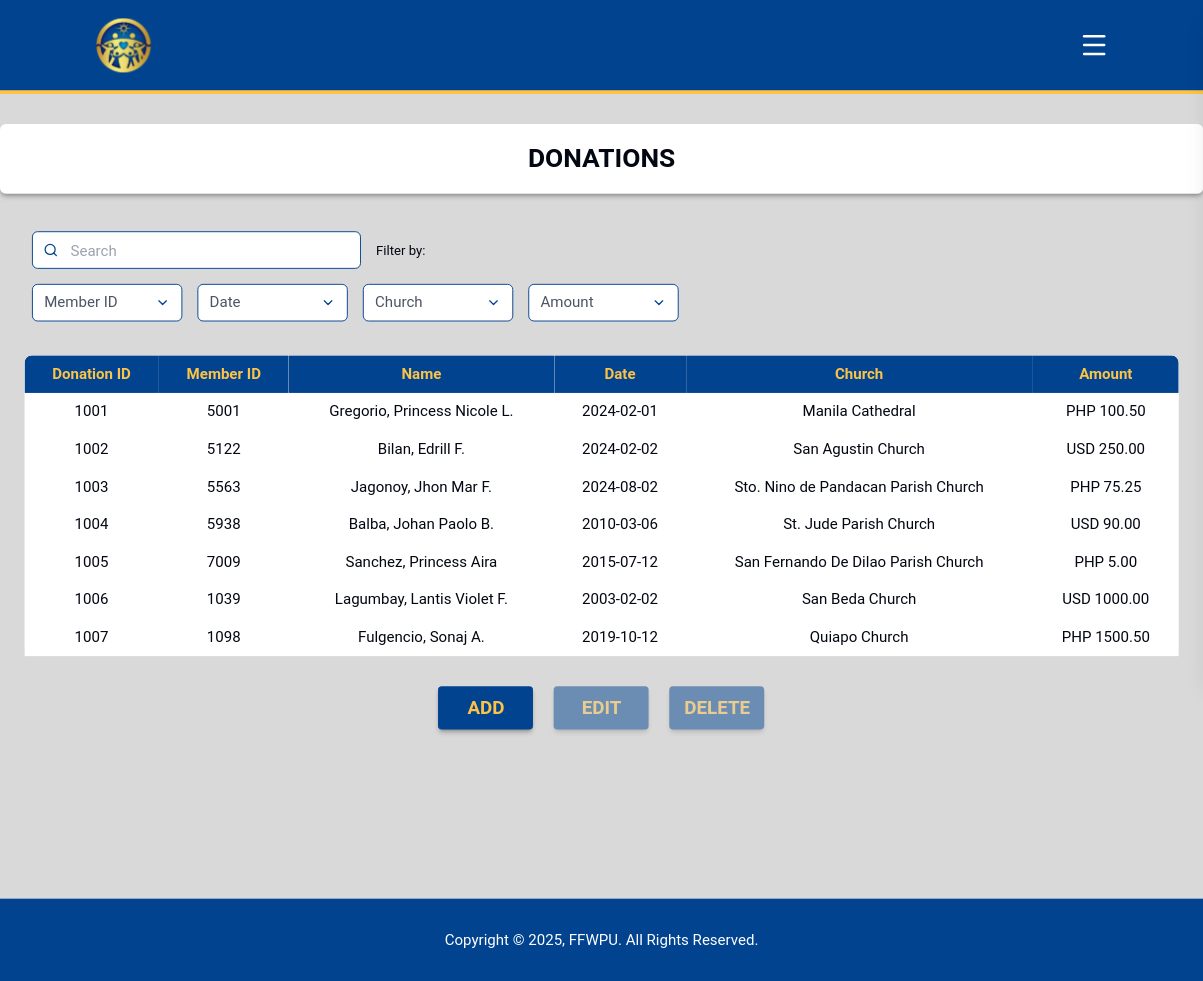
Repository: CoderTofu/FFWPU_System
Page: /donation
An editor plug-in stored every save of this project. The page is shown before and after the next save, followed by the edit.
The browser window is 1280 px wide. The pictures show the whole page, at 94% of full size.
The project was rebuilt for these pictures with package versions that can differ from the ones it lists, and the page was loaded fresh each time. The framework's server and built-in components were replaced by stand-ins that run in the browser. Also part of the build but not shown: next.config.ts, src/components/NavbarPublic.tsx, src/components/FooterPublic.tsx, src/lib/utils.ts, src/components/ui/dialog.tsx, src/components/ui/button.tsx, src/components/Modal.tsx.

Above is the page before, as saved 2025-03-07 08:01:26.

### src/app/layout.tsx
import type { Metadata } from "next";
import "./globals.css";
import Preloader from "../components/Preloader";
import LayoutWrapper from "@/components/LayoutWrapper";

export const metadata: Metadata = {
  title: "FFWPU-System",
  description: "Created to help the FFWPU organization",
};

export default function RootLayout({
  children,
}: Readonly<{ children: React.ReactNode }>) {
  return (
    <html lang="en">
      <link rel="icon" href="/icons/ffwpu_icon.svg" sizes="any" />
      <body className="antialiased min-h-screen flex flex-col bg-[#f1f1f1]">
        <Preloader />
        <LayoutWrapper>{children}</LayoutWrapper>
      </body>
    </html>
  );
}

### src/app/globals.css
@tailwind base;
@tailwind components;
@tailwind utilities;

@import url("https://fonts.googleapis.com/css2?family=Roboto:ital,wght@0,100..900;1,100..900&display=swap");

:root {
  --roboto-font: "Roboto", "arial";
}

* {
  font-family: var(--roboto-font);
}



@layer base {
  :root {
    --background: 0 0% 100%;
    --foreground: 224 71.4% 4.1%;
    --card: 0 0% 100%;
    --card-foreground: 224 71.4% 4.1%;
    --popover: 0 0% 100%;
    --popover-foreground: 224 71.4% 4.1%;
    --primary: 220.9 39.3% 11%;
    --primary-foreground: 210 20% 98%;
    --secondary: 220 14.3% 95.9%;
    --secondary-foreground: 220.9 39.3% 11%;
    --muted: 220 14.3% 95.9%;
    --muted-foreground: 220 8.9% 46.1%;
    --accent: 220 14.3% 95.9%;
    --accent-foreground: 220.9 39.3% 11%;
    --destructive: 0 84.2% 60.2%;
    --destructive-foreground: 210 20% 98%;
    --border: 220 13% 91%;
    --input: 220 13% 91%;
    --ring: 224 71.4% 4.1%;
    --chart-1: 12 76% 61%;
    --chart-2: 173 58% 39%;
    --chart-3: 197 37% 24%;
    --chart-4: 43 74% 66%;
    --chart-5: 27 87% 67%;
    --radius: 0.5rem;
  }
  .dark {
    --background: 224 71.4% 4.1%;
    --foreground: 210 20% 98%;
    --card: 224 71.4% 4.1%;
    --card-foreground: 210 20% 98%;
    --popover: 224 71.4% 4.1%;
    --popover-foreground: 210 20% 98%;
    --primary: 210 20% 98%;
    --primary-foreground: 220.9 39.3% 11%;
    --secondary: 215 27.9% 16.9%;
    --secondary-foreground: 210 20% 98%;
    --muted: 215 27.9% 16.9%;
    --muted-foreground: 217.9 10.6% 64.9%;
    --accent: 215 27.9% 16.9%;
    --accent-foreground: 210 20% 98%;
    --destructive: 0 62.8% 30.6%;
    --destructive-foreground: 210 20% 98%;
    --border: 215 27.9% 16.9%;
    --input: 215 27.9% 16.9%;
    --ring: 216 12.2% 83.9%;
    --chart-1: 220 70% 50%;
    --chart-2: 160 60% 45%;
    --chart-3: 30 80% 55%;
    --chart-4: 280 65% 60%;
    --chart-5: 340 75% 55%;
  }
}



@layer base {
  * {
    @apply border-border outline-ring/50;
  }
  body {
    @apply bg-background text-foreground;
  }
}

### src/components/Preloader.tsx
"use client";

import { useState, useEffect } from "react";

export default function Preloader() {
  const [loading, setLoading] = useState(true);

  useEffect(() => {
    const timer = setTimeout(() => {
      setLoading(false);
    }, 1000); // Adjust this time as needed

    return () => clearTimeout(timer);
  }, []);

  if (!loading) return null;

  return (
    <div className="fixed inset-0 z-50 flex items-center justify-center bg-white">
      <div className="h-16 w-16 animate-spin rounded-full border-4 border-solid border-primary border-t-transparent"></div>
    </div>
  );
}

### src/components/LayoutWrapper.tsx
"use client";

import { usePathname } from "next/navigation";
import NavbarPublic from "@/components/navbarPublic";
import NavbarPrivate from "@/components/navbarPrivate";
import FooterPublic from "@/components/footerPublic";
import FooterPrivate from "@/components/footerPrivate";

export default function LayoutWrapper({
  children,
}: {
  children: React.ReactNode;
}) {
  const pathname = usePathname();

  // Define private routes
  const isPublic =
    pathname.startsWith("/about") ||
    pathname.startsWith("/contact") ||
    pathname.startsWith("/login") ||
    pathname.endsWith("/"); // Home page

  return (
    <>
      {isPublic ? <NavbarPublic /> : <NavbarPrivate />}
      <main className="min-h-screen flex-grow">{children}</main>
      {isPublic ? <FooterPublic /> : <FooterPrivate />}
    </>
  );
}

### src/components/Table.tsx
"use client";  // Sabi ni chatgpt need ito hahaha

import React, { useState, useEffect, useRef } from "react";
import { useRouter } from "next/navigation";

interface TableProps {
  data: { [key: string]: any }[];
  columns: { [key in "lg" | "md" | "sm"]: string[] };
  rowDoubleClickPath?: string; // Path where the row should redirect
  onRowSelect?: (row: any | null) => void;
}

const Table: React.FC<TableProps> = ({ data, columns, rowDoubleClickPath, onRowSelect}) => {
  const [tableSize, setTableSize] = useState<"lg" | "md" | "sm">("lg");
  const [selectedRow, setSelectedRow] = useState<number | null>(null);
  const router = useRouter();
  const tableRef = useRef<HTMLDivElement>(null);

  // Automatically update table size based on screen width
  useEffect(() => {
    const updateTableSize = () => {
      const width = window.innerWidth;
      if (width >= 1024) setTableSize("lg");
      else if (width >= 768) setTableSize("md");
      else setTableSize("sm");
    };

    updateTableSize(); // Set initial size
    window.addEventListener("resize", updateTableSize);
    return () => window.removeEventListener("resize", updateTableSize);
  }, []);

  const visibleHeaders = columns[tableSize];

  {/*Handles Single Click Selection*/}
  const handleRowClick = (index: number, row: any) => {
    setSelectedRow(index);
    if (onRowSelect) {
      onRowSelect(row); // Send selected row to parent component
    }
  };

  {/*Handles Clicks Outside Rows to Deselect*/}
  useEffect(() => {
    const handleClickOutside = (event: MouseEvent) => {
      if (tableRef.current && !tableRef.current.contains(event.target as Node)) {
        setSelectedRow(null);
        if (onRowSelect) {
          onRowSelect(null); // Notify parent
        }
      }
    };

    document.addEventListener("click", handleClickOutside);
    return () => document.removeEventListener("click", handleClickOutside);
  }, []);

  {/*Handles Double Click Redirection*/}
  const handleRowDoubleClick = (row: any) => {
    if (rowDoubleClickPath) {
      router.push(`${rowDoubleClickPath}/${row.ID}`); // Redirect with ID in URL
    }
  };

  return (
    <div ref={tableRef} className="overflow-x-auto min-h-[300px] max-h-[450px] overflow-y-auto rounded-lg">
      <table className="min-w-full border-gray-300 bg-white rounded-lg">
        {/* Table Head */}
        <thead className="bg-gray-200 sticky top-0">
          <tr className="bg-[#01438F] text-[#FCC346] cursor-pointer">
            {visibleHeaders.map((header) => (
              <th key={header} className="px-4 py-2 text-center top-0">
                {header}
              </th>
            ))}
          </tr>
        </thead>

        {/* Table Body */}
        <tbody>
          {data.map((row, index) => (
            <tr key={index} className={`cursor-pointer transition
              ${selectedRow === index ? "bg-[#E7E6E6]" : "hover:bg-[#E7E6E6]"}`}
            onClick={() => handleRowClick(index, row)}
            onDoubleClick={() => handleRowDoubleClick(row)}>
              {visibleHeaders.map((header) => (
                <td key={header} className="px-4 py-2 text-center">
                  {row[header] ?? "-"}
                </td>
              ))}
            </tr>
          ))}
        </tbody>
      </table>
    </div>
  );
};

export default Table;

### src/components/DonationModals.tsx
// DonationModals.tsx
"use client";
import { useRef, useEffect, useState } from "react";
import { ChevronDown, Search } from "lucide-react";

interface DataItem {
  "Donation ID": number;
  "Member ID": number;
  Name: string;
  Date: string;
  Church: string;
  Amount: string;
}

interface FilterDropdownProps {
  handleSort: (key: keyof DataItem, order: "asc" | "desc" | "USD" | "PHP" | "ALL") => void;
  selectedCurrency: string | null;
  setSelectedCurrency: (currency: string | null) => void;
  openSortDropdown: string | null;
  openCurrencyDropdown: boolean;
  toggleSortDropdown: (dropdown: string | null) => void;
  setOpenCurrencyDropdown: (open: boolean) => void;
}

export default function DonationModals({
  handleSort,
  selectedCurrency,
  setSelectedCurrency,
  openSortDropdown,
  openCurrencyDropdown,
  toggleSortDropdown,
  setOpenCurrencyDropdown,
}: FilterDropdownProps) {
  const dropdownRef = useRef<HTMLDivElement>(null);
  const [selectedFilters, setSelectedFilters] = useState<{ [key: string]: string }>({});

  useEffect(() => {
    const handleClickOutside = (event: MouseEvent) => {
      if (dropdownRef.current && !dropdownRef.current.contains(event.target as Node)) {
        toggleSortDropdown(null);
        setOpenCurrencyDropdown(false);
      }
    };
    document.addEventListener("mousedown", handleClickOutside);
    return () => document.removeEventListener("mousedown", handleClickOutside);
  }, [toggleSortDropdown, setOpenCurrencyDropdown]);

  const filterKeyMap: { [key: string]: keyof DataItem } = {
    "Member ID": "Member ID",
    Date: "Date",
    Church: "Church",
    Amount: "Amount",
  };

  return (
    <div className="flex flex-wrap items-center gap-4">
      <div className="relative min-w-[250px] sm:w-[275px] md:w-[300px] lg:w-[350px]">
        <Search className="absolute left-3 top-1/2 transform -translate-y-1/2 w-4 h-4 text-[#01438F]" />
        <input
          className="w-full h-10 pl-10 border border-[#01438F] rounded-md outline-none"
          type="text"
          placeholder="Search"
        />
      </div>

      <span className="text-[14px] flex-none">Filter by:</span>

      <div ref={dropdownRef} className="flex flex-wrap items-center gap-4 sm:w-auto">
        {["Member ID", "Date", "Church"].map((filter) => (
          <div key={filter} className="relative">
            <button
              onClick={() => toggleSortDropdown(openSortDropdown === filter ? null : filter)}
              className="w-[120px] md:w-[140px] lg:w-[160px] h-10 border border-[#01438F] rounded-md px-3 outline-none bg-white text-gray-600 flex justify-between items-center"
            >
              {filter}
              <ChevronDown className="w-4 h-4 text-[#01438F]" />
            </button>

            {openSortDropdown === filter && (
              <div className="absolute mt-1 w-full bg-white border border-[#01438F] rounded-md shadow-md z-10">
                <label className="flex items-center px-3 py-2 hover:bg-gray-200 hover:rounded-sm">
                  <input
                    type="radio"
                    name={filter}
                    className="mr-2"
                    checked={selectedFilters[filter] === "Ascending"}
                    onChange={() => {
                      setSelectedFilters({ ...selectedFilters, [filter]: "Ascending" });
                      handleSort(filterKeyMap[filter], "asc");
                      toggleSortDropdown(null);
                    }}
                  />
                  Ascending
                </label>
                <label className="flex items-center px-3 py-2 hover:bg-gray-200 hover:rounded-sm">
                  <input
                    type="radio"
                    name={filter}
                    className="mr-2"
                    checked={selectedFilters[filter] === "Descending"}
                    onChange={() => {
                      setSelectedFilters({ ...selectedFilters, [filter]: "Descending" });
                      handleSort(filterKeyMap[filter], "desc");
                      toggleSortDropdown(null);
                    }}
                  />
                  Descending
                </label>
              </div>
            )}
          </div>
        ))}

        <div className="relative">
          <button
            onClick={() => setOpenCurrencyDropdown(!openCurrencyDropdown)}
            className="w-[120px] md:w-[140px] lg:w-[160px] h-10 border border-[#01438F] rounded-md px-3 outline-none bg-white text-gray-600 flex justify-between items-center"
          >
            Amount
            <ChevronDown className="w-4 h-4 text-[#01438F]" />
          </button>

          {openCurrencyDropdown && (
            <div className="absolute mt-1 w-full bg-white border border-[#01438F] rounded-md shadow-md z-10">
              <label className="flex items-center px-3 py-2 hover:bg-gray-200 hover:rounded-sm">
                <input
                  type="radio"
                  name="currency"
                  className="mr-2"
                  checked={selectedCurrency === null}
                  onChange={() => {
                    setSelectedCurrency(null);
                    handleSort("Amount", "ALL");
                    setOpenCurrencyDropdown(false);
                  }}
                />
                ALL
              </label>

              <label className="flex items-center px-3 py-2 hover:bg-gray-200 hover:rounded-sm">
                <input
                  type="radio"
                  name="currency"
                  className="mr-2"
                  checked={selectedCurrency === "USD"}
                  onChange={() => {
                    setSelectedCurrency("USD");
                    handleSort("Amount", "USD");
                    setOpenCurrencyDropdown(false);
                  }}
                />
                USD
              </label>

              <label className="flex items-center px-3 py-2 hover:bg-gray-200 hover:rounded-sm">
                <input
                  type="radio"
                  name="currency"
                  className="mr-2"
                  checked={selectedCurrency === "PHP"}
                  onChange={() => {
                    setSelectedCurrency("PHP");
                    handleSort("Amount", "PHP");
                    setOpenCurrencyDropdown(false);
                  }}
                />
                PHP
              </label>
            </div>
          )}
        </div>
      </div>
    </div>
  );
}

### src/components/NavbarPrivate.tsx
/* eslint-disable @next/next/no-img-element */
"use client";

import { useState, useEffect } from "react";
import { Menu, X, ArrowRight, CircleUserRound } from "lucide-react"; // Added more icons

export default function NavbarPublic() {
  const [isSidebarOpen, setIsSidebarOpen] = useState(false);

  // Prevent scrolling when sidebar is open
  useEffect(() => {
    if (isSidebarOpen) {
      document.body.style.overflow = "hidden";
    } else {
      document.body.style.overflow = "unset";
    }
    return () => {
      document.body.style.overflow = "unset";
    };
  }, [isSidebarOpen]);

  const navItems = [
    { name: "Member Information", href: "/member" },
    { name: "Worship Event", href: "/worship" },
    { name: "Blessings Management", href: "/blessing" },
    { name: "Donations", href: "/donation" },
    { name: "Reporting", href: "/reporting" },
    { name: "CMS", href: "/cms" },
  ];

  return (
    <div className="bg-[#01438F] border-b-4 border-[#FCC346] text-white p-4 px-[100px] min-h-[100px] flex justify-between items-center">
      {/* Logo */}
      <div className="flex gap-4 items-center">
        <a href={"/"}>
          <img
            src="/icons/ffwpu_icon.svg"
            className="h-full w-auto"
            alt="Site Icon"
          />
        </a>
      </div>

      {/* Mobile Menu Button */}
      <button
        className="transition-transform duration-200 ease-in-out hover:scale-110"
        onClick={() => setIsSidebarOpen(true)}
      >
        <Menu className="w-8 h-8" />
      </button>

      {/* Sidebar (Mobile Navigation) */}
      <div
        className={`z-50 fixed top-0 right-0 w-64 h-full ${
          isSidebarOpen ? "translate-x-0" : "translate-x-full"
        } bg-[#01438F] shadow-xl p-6 flex flex-col gap-6 text-lg transition-all duration-300 border-yellow-400 border-l-8`}
      >
        <div className="flex justify-between items-center mb-8">
          <h2 className="text-2xl font-bold text-yellow-400">FFWPU</h2>
          <button
            className="transition-transform duration-200 ease-in-out hover:scale-110 hover:rotate-90"
            onClick={() => setIsSidebarOpen(false)}
          >
            <X className="w-8 h-8" />
          </button>
        </div>

        <div className="flex flex-col justify-center items-center">
          <CircleUserRound className="w-28 h-28" />
          <h3 className="mt-1 text-xl font-light italic text-center">
            Welcome, <br />
            Admin!
          </h3>
        </div>

        {navItems.map((item, index) => (
          <a
            key={item.name + index}
            className="flex items-center hover:bg-blue-700 p-2 rounded-md transition-all duration-200 hover:translate-x-2 text-base"
            href={item.href}
            onClick={() => setIsSidebarOpen(false)}
          >
            {item.name}
          </a>
        ))}

        <a
          href={"/"}
          className="mt-auto transition-all duration-200 hover:scale-110 justify-center items-center flex "
        >
          <ArrowRight className="w-12 h-12" />
        </a>
      </div>

      {/* Overlay */}
      {isSidebarOpen && (
        <div
          className="fixed inset-0 bg-black bg-opacity-50 z-40 transition-opacity duration-300 ease-in-out"
          onClick={() => setIsSidebarOpen(false)}
        />
      )}
    </div>
  );
}

### src/components/FooterPrivate.tsx
export default function FooterPrivate() {
  return (
    <div className="bg-[#01438F] text-white p-8 text-center">
      Copyright © 2025, FFWPU. All Rights Reserved.
    </div>
  );
}

### tailwind.config.ts
import type { Config } from "tailwindcss";

export default {
    darkMode: ["class"],
    content: [
    "./src/pages/**/*.{js,ts,jsx,tsx,mdx}",
    "./src/components/**/*.{js,ts,jsx,tsx,mdx}",
    "./src/app/**/*.{js,ts,jsx,tsx,mdx}",
    "./src/components/*.{js,ts,jsx,tsx,mdx}",
  ],
  theme: {
  	extend: {
  		borderRadius: {
  			lg: 'var(--radius)',
  			md: 'calc(var(--radius) - 2px)',
  			sm: 'calc(var(--radius) - 4px)'
  		},
  		colors: {
  			background: 'hsl(var(--background))',
  			foreground: 'hsl(var(--foreground))',
  			card: {
  				DEFAULT: 'hsl(var(--card))',
  				foreground: 'hsl(var(--card-foreground))'
  			},
  			popover: {
  				DEFAULT: 'hsl(var(--popover))',
  				foreground: 'hsl(var(--popover-foreground))'
  			},
  			primary: {
  				DEFAULT: 'hsl(var(--primary))',
  				foreground: 'hsl(var(--primary-foreground))'
  			},
  			secondary: {
  				DEFAULT: 'hsl(var(--secondary))',
  				foreground: 'hsl(var(--secondary-foreground))'
  			},
  			muted: {
  				DEFAULT: 'hsl(var(--muted))',
  				foreground: 'hsl(var(--muted-foreground))'
  			},
  			accent: {
  				DEFAULT: 'hsl(var(--accent))',
  				foreground: 'hsl(var(--accent-foreground))'
  			},
  			destructive: {
  				DEFAULT: 'hsl(var(--destructive))',
  				foreground: 'hsl(var(--destructive-foreground))'
  			},
  			border: 'hsl(var(--border))',
  			input: 'hsl(var(--input))',
  			ring: 'hsl(var(--ring))',
  			chart: {
  				'1': 'hsl(var(--chart-1))',
  				'2': 'hsl(var(--chart-2))',
  				'3': 'hsl(var(--chart-3))',
  				'4': 'hsl(var(--chart-4))',
  				'5': 'hsl(var(--chart-5))'
  			}
  		}
  	}
  },
  plugins: [require("tailwindcss-animate")],
} satisfies Config;

Loaded but not shown: src/app/(private)/donation/page.tsx (178 lines, source omitted)

After the next save:
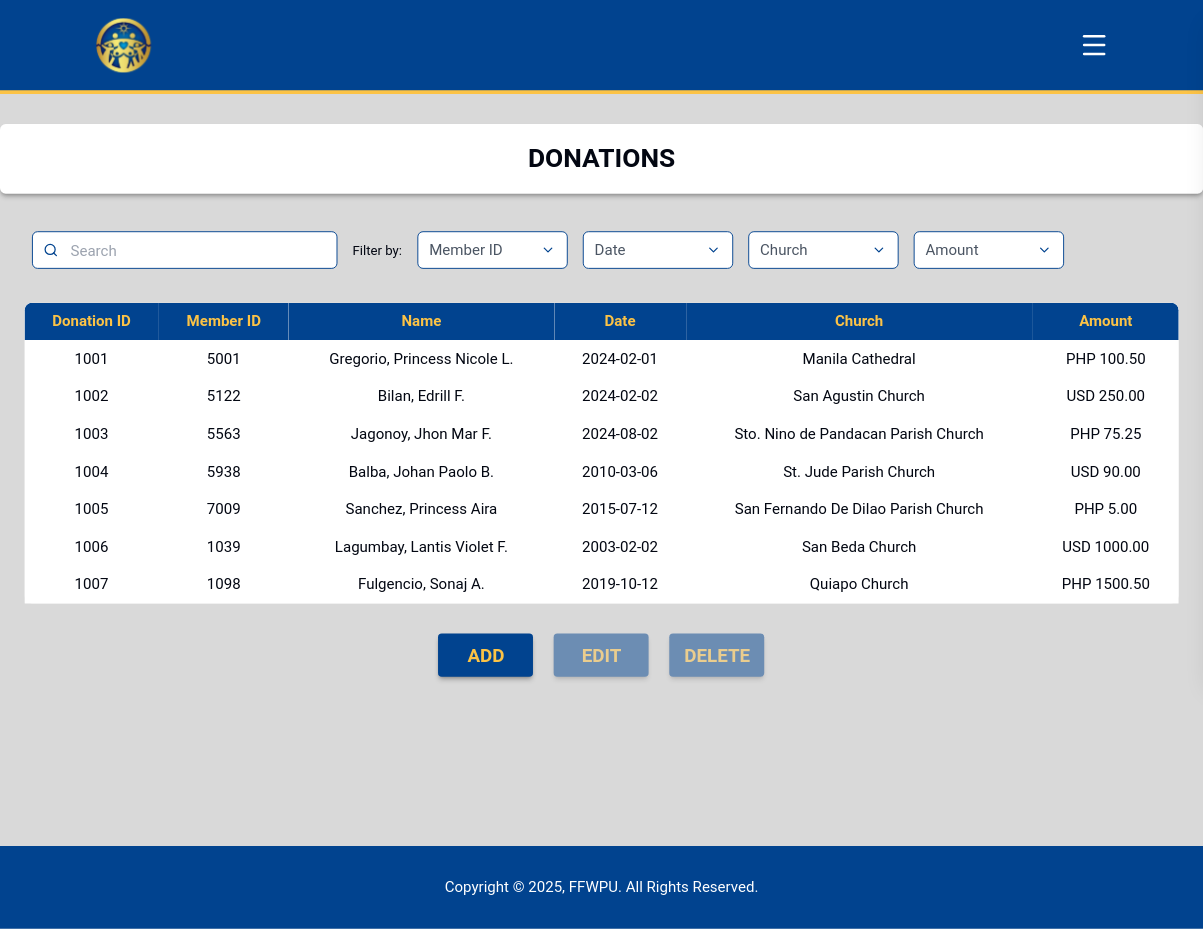
Saved 7 s later.
--- a/src/components/DonationModals.tsx
+++ b/src/components/DonationModals.tsx
@@ -54,7 +54,7 @@
 
   return (
     <div className="flex flex-wrap items-center gap-4">
-      <div className="relative min-w-[250px] sm:w-[275px] md:w-[300px] lg:w-[350px]">
+      <div className="relative min-w-[250px] sm:w-[275px] md:w-[300px] lg:w-[325px]">
         <Search className="absolute left-3 top-1/2 transform -translate-y-1/2 w-4 h-4 text-[#01438F]" />
         <input
           className="w-full h-10 pl-10 border border-[#01438F] rounded-md outline-none"
